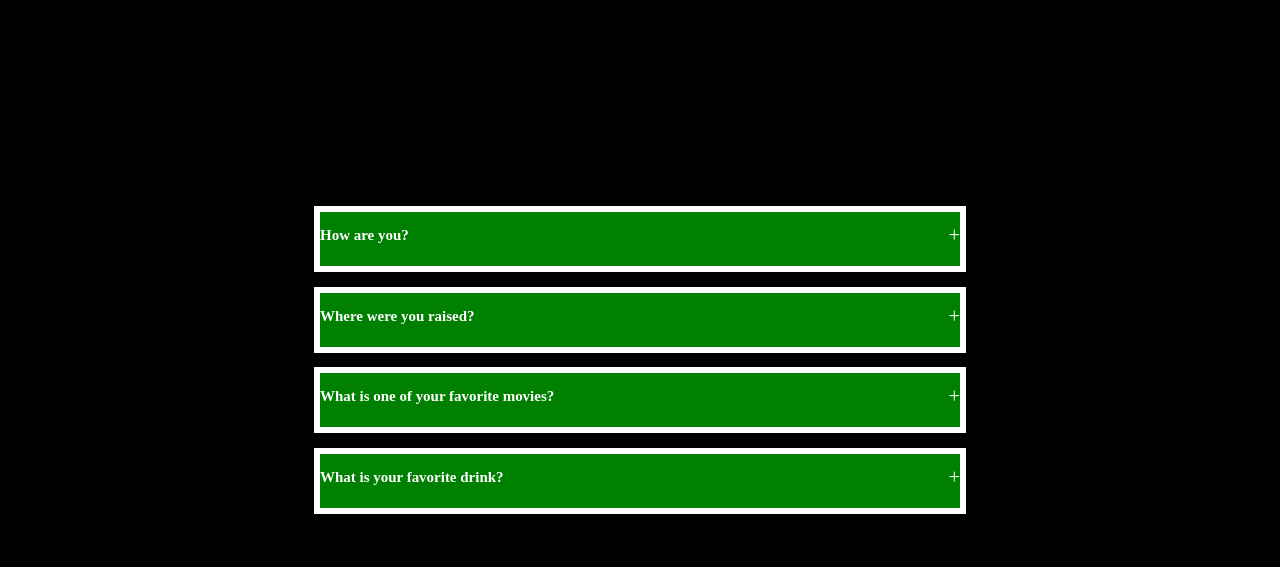
Repository: kosenijr/react-projects
Page: / (app in accordion/)
These files come from the project's save history. The page is drawn as it stood at one moment and after the next save; the edit follows.
The browser window is 1280 px wide. The pictures show the whole page.
The project was rebuilt for these pictures with package versions that can differ from the ones it lists, and the page was loaded fresh each time.

Above is the page before, as saved 2024-03-02 23:19:07.

After the next save:
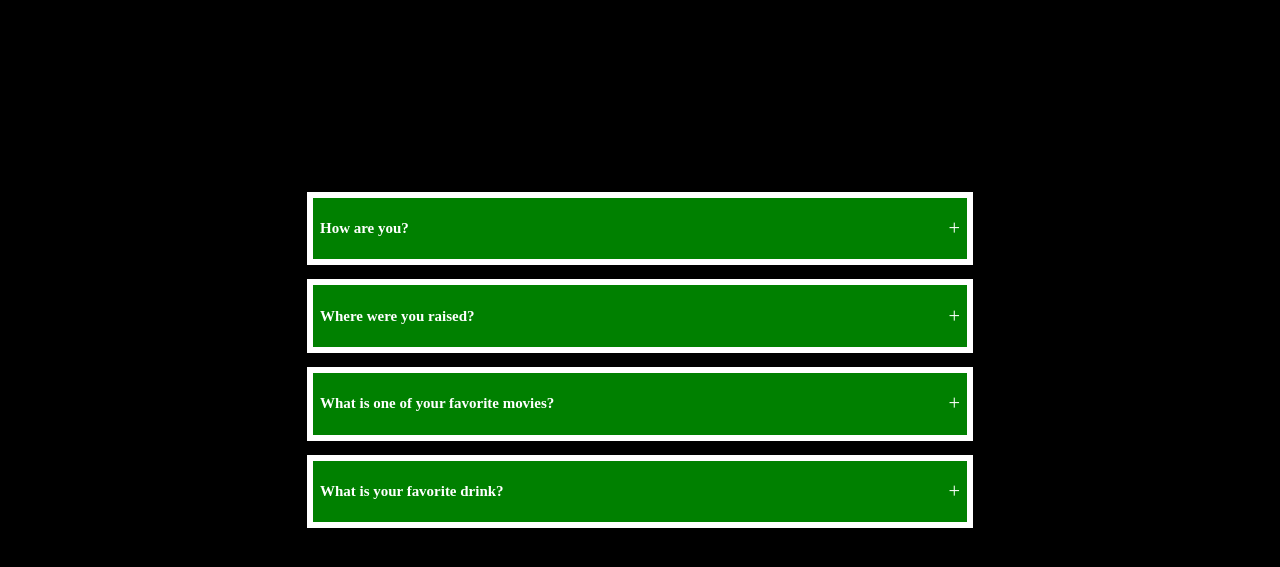
Saved 14 min 41 s later.
--- a/accordion/src/styles/SingleSelection.css
+++ b/accordion/src/styles/SingleSelection.css
@@ -14,7 +14,7 @@
   font-size: 0.8em;
   font-family: "Raleway", "Times New Roman";
   margin: 2vh 0;
-  padding-bottom: 1vh;
+  padding: 1vh;
   width: 50vw;
   border: 0.5em solid white;
   cursor: pointer;
